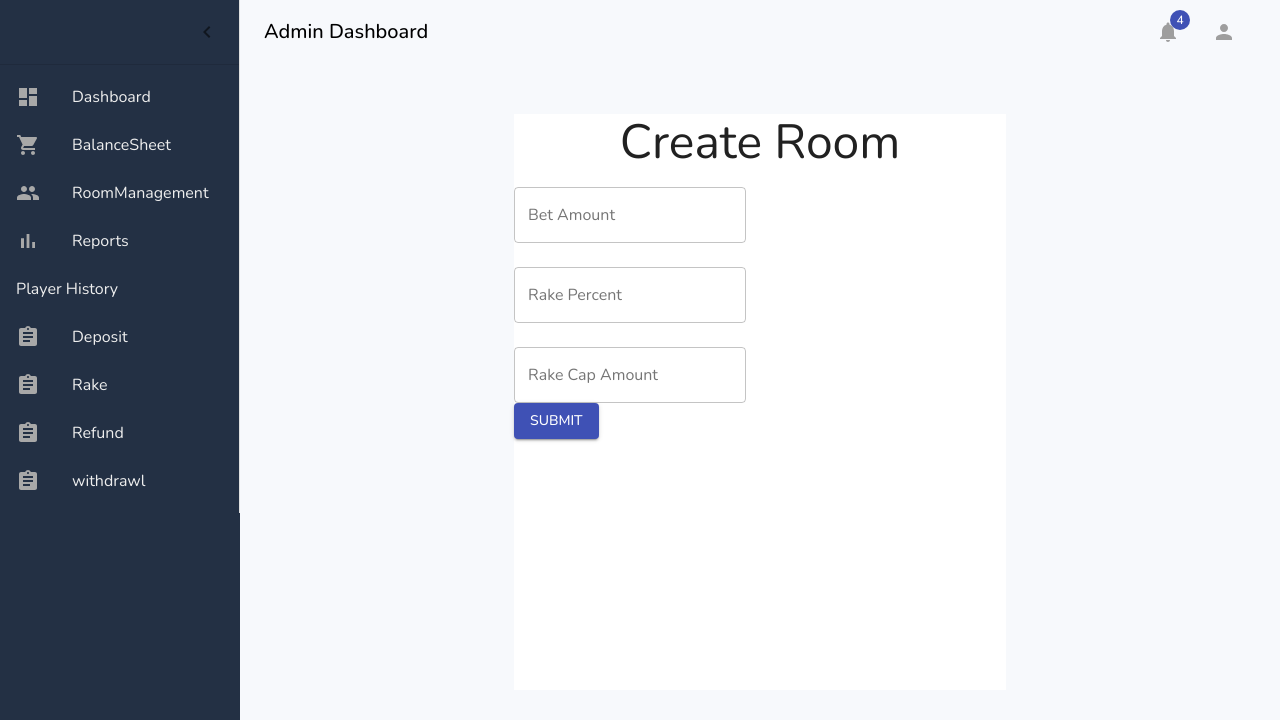
Repository: imayankbisht/ludofrontend
Page: /create
An editor plug-in stored every save of this project. The page is shown before and after a run of saves, followed by the edit.
The browser window is 1280 px wide. The pictures show the whole page.
The project was rebuilt for these pictures with package versions that can differ from the ones it lists, and the page was loaded fresh each time. Also part of the build but not shown: src/Components/Title.js, src/Components/Cards/Deposits.js, src/Components/Cards/Cashout.js, src/Components/Cards/Netbalance.js, src/Components/Cards/Rake.js, src/Components/Cards/Refund.js, src/Components/UserControl.js, src/Components/UserTable.js and 5 more.

Above is the page before, as saved 2021-01-20 13:07:56.

### src/App.js
import React from 'react';
import './App.css';
import {
  BrowserRouter as Router,
  Switch,
  Route,
 Redirect
} from "react-router-dom";
// import SignInOutContainer from './containers';
import Dashboard from './Components/Dashboard';
import Login from './Components/login';
// import RoomManagement from './Container/RoomManagement';
import UserManagement from './Components/UserManagement';
import UserForm from './Components/UserForm';
import EditForm from './Components/EditForm';
import BalanceSheet from './Components/balanceSheet';
import Routes from './routes';
import Main from './Container/Main';
 function App(props) {
  return (
    <div className="App">
  <Router >

   <Main/>
  </Router>


      </div>
  );
}


export default App;

### src/App.css
.App {
  /* text-align: center; */

}

.App-logo {
  height: 40vmin;
  pointer-events: none;
}

@media (prefers-reduced-motion: no-preference) {
  .App-logo {
    animation: App-logo-spin infinite 20s linear;
  }
}

.App-header {
  background-color: #282c34;
  min-height: 100vh;
  display: flex;
  flex-direction: column;
  align-items: center;
  justify-content: center;
  font-size: calc(10px + 2vmin);
  color: white;
}

.App-link {
  color: #61dafb;
}

@keyframes App-logo-spin {
  from {
    transform: rotate(0deg);
  }
  to {
    transform: rotate(360deg);
  }
}

### src/Components/Dashboard.js
import React from 'react';
import clsx from 'clsx';
import { makeStyles } from '@material-ui/core/styles';
import CssBaseline from '@material-ui/core/CssBaseline';
import Drawer from '@material-ui/core/Drawer';
import Box from '@material-ui/core/Box';
import AppBar from '@material-ui/core/AppBar';
import Toolbar from '@material-ui/core/Toolbar';
import List from '@material-ui/core/List';
import Typography from '@material-ui/core/Typography';
import Divider from '@material-ui/core/Divider';
import IconButton from '@material-ui/core/IconButton';
import Badge from '@material-ui/core/Badge';
import Container from '@material-ui/core/Container';
import Grid from '@material-ui/core/Grid';
import Paper from '@material-ui/core/Paper';
// import Link from '@material-ui/core/Link';
import MenuIcon from '@material-ui/icons/Menu';
import ChevronLeftIcon from '@material-ui/icons/ChevronLeft';
import NotificationsIcon from '@material-ui/icons/Notifications';
import Deposits from './Cards/Deposits';
import MenuItem from "@material-ui/core/MenuItem";
import MenuList from "@material-ui/core/MenuList";
import Hidden from "@material-ui/core/Hidden";
import Grow from "@material-ui/core/Grow";
import Poppers from "@material-ui/core/Popper";
import ClickAwayListener from "@material-ui/core/ClickAwayListener";
import Person from "@material-ui/icons/Person";
import classNames from "classnames";
import Button from "@material-ui/core/Button";
import {Link, Redirect} from 'react-router-dom';
import "typeface-nunito";
import  Cashout from './Cards/Cashout';
import Netbalance from './Cards/Netbalance';
import Rake from './Cards/Rake';
import Refund from './Cards/Refund';
import UserManagement from './UserManagement';
import routes from '../routes'
import { Switch, Route} from "react-router-dom";
import ListItem from '@material-ui/core/ListItem';
import ListItemIcon from '@material-ui/core/ListItemIcon';
import BalanceSheet from './balanceSheet';
import Sidebar from './Sidebar';
import Routes from '../routes';
import { ThemeProvider, createMuiTheme } from '@material-ui/core/styles';
const theme = createMuiTheme({

  typography: {
      fontFamily: [
        'Nunito',
        'serif',
      ].join(','),
  },
});

const drawerWidth = 240;

const useStyles = makeStyles((theme) => ({
  root: {
    display: 'flex',
  },
  toolbar: {
    paddingRight: 24, // keep right padding when drawer closed
  },
  toolbarIcon: {
    display: 'flex',
    alignItems: 'center',
    justifyContent: 'flex-end',
    padding: '0 8px',
    ...theme.mixins.toolbar,
  },
  appBar: {
    zIndex: theme.zIndex.drawer + 1,
    transition: theme.transitions.create(['width', 'margin'], {
      easing: theme.transitions.easing.sharp,
      duration: theme.transitions.duration.leavingScreen,
    }),
  },
  appBarShift: {
    marginLeft: drawerWidth,
    width: `calc(100% - ${drawerWidth}px)`,
    transition: theme.transitions.create(['width', 'margin'], {
      easing: theme.transitions.easing.sharp,
      duration: theme.transitions.duration.enteringScreen,
    }),
  },
  menuButton: {
    marginRight: 36,
  },
  menuButtonHidden: {
    display: 'none',
  },
  title: {
    flexGrow: 1,
  },
  drawerPaper: {
    position: 'relative',
    whiteSpace: 'nowrap',
    width: drawerWidth,
    transition: theme.transitions.create('width', {
      easing: theme.transitions.easing.sharp,
      duration: theme.transitions.duration.enteringScreen,
    }),
  },
  drawerPaperClose: {
    overflowX: 'hidden',
    transition: theme.transitions.create('width', {
      easing: theme.transitions.easing.sharp,
      duration: theme.transitions.duration.leavingScreen,
    }),
    width: theme.spacing(7),
    [theme.breakpoints.up('sm')]: {
      width: theme.spacing(9),
    },
  },
  appBarSpacer: theme.mixins.toolbar,
  content: {
    flexGrow: 1,
    height: '100vh',
    overflow: 'auto',
  },
  container: {
    paddingTop: theme.spacing(4),
    paddingBottom: theme.spacing(4),
  },
  paper: {
    padding: theme.spacing(2),
    display: 'flex',
    overflow: 'auto',
    flexDirection: 'column',
  },
  fixedHeight: {
    height: 240,
  },
}));

 function Dashboard(props) {
  const classes = useStyles();
  const [open, setOpen] = React.useState(true);
  const [openProfile, setOpenProfile] = React.useState(null);
  const handleClickProfile = event => {
    if (openProfile && openProfile.contains(event.target)) {
      setOpenProfile(null);
    } else {
      setOpenProfile(event.currentTarget);
    }
  };
  const handleCloseProfile = () => {
    setOpenProfile(null);
  };
  const handleDrawerOpen = () => {
    setOpen(true);
  };
  const handleDrawerClose = () => {
    setOpen(false);
  };
  const fixedHeightPaper = clsx(classes.paper, classes.fixedHeight);

  return (
    <ThemeProvider theme={theme}>
    <div className={classes.root}>
      <CssBaseline />
      <AppBar position="absolute" style={{ background: '#f7f9fc',color:'black',boxShadow: "none" }} className={clsx(classes.appBar, open && classes.appBarShift)}>
        <Toolbar className={classes.toolbar}>
          <IconButton
            edge="start"
            color="inherit"
            aria-label="open drawer"
            onClick={handleDrawerOpen}
            className={clsx(classes.menuButton, open && classes.menuButtonHidden)}
          >
            <MenuIcon />
          </IconButton>

          <Typography component="h1" variant="h6"  color="inherit" noWrap className={classes.title}>
          Admin Dashboard
          </Typography>

          <IconButton style={{ color: '#9e9e9e'}} color="inherit">
            <Badge badgeContent={4}  color="primary">
              <NotificationsIcon  />
            </Badge>
          </IconButton>
          <Button
          color={window.innerWidth > 959 ? "transparent" : "white"}
          justIcon={window.innerWidth > 959}
          simple={!(window.innerWidth > 959)}
          aria-owns={openProfile ? "profile-menu-list-grow" : null}
          aria-haspopup="true"
          onClick={handleClickProfile}
          className={classes.buttonLink}
        >
          <Person style={{ color: '#9e9e9e'}} className={classes.icons} />
          <Hidden mdUp implementation="css">
            <p className={classes.linkText}>Profile</p>
          </Hidden>
        </Button>
        <Poppers
          open={Boolean(openProfile)}
          anchorEl={openProfile}
          transition
          disablePortal
          className={
            classNames({ [classes.popperClose]: !openProfile }) +
            " " +
            classes.popperNav
          }
        >
          {({ TransitionProps, placement }) => (
            <Grow
              {...TransitionProps}
              id="profile-menu-list-grow"
              style={{
                transformOrigin:
                  placement === "bottom" ? "center top" : "center bottom"
              }}
            >
              <Paper>
                <ClickAwayListener onClickAway={handleCloseProfile}>
                  <MenuList role="menu">
                    <MenuItem
                      onClick={handleCloseProfile}
                      className={classes.dropdownItem}
                    >
                      Profile
                    </MenuItem>
                    <MenuItem
                      onClick={handleCloseProfile}
                      className={classes.dropdownItem}
                    >
                      Settings
                    </MenuItem>
                    <Divider light />
                    <Link style={{color:'black', textDecoration:'none'}} to="login">
                    <MenuItem
                      onClick={handleCloseProfile}
                      className={classes.dropdownItem}
                    >
                      Logout
                    </MenuItem>
                    </Link>
                  </MenuList>
                </ClickAwayListener>
              </Paper>
            </Grow>
          )}
        </Poppers>
        </Toolbar>
      </AppBar>
     <Box bgcolor="#233044">
     <Drawer
        variant="permanent"
        classes={{
          paper: clsx(classes.drawerPaper, !open && classes.drawerPaperClose),
        }}
        open={open}
      >
        <Box bgcolor="#233044">
        <div className={classes.toolbarIcon}>
          <IconButton onClick={handleDrawerClose}>
            <ChevronLeftIcon />
          </IconButton>
        </div>
        <Divider />
        <List><Sidebar /></List>
        </Box>
      </Drawer>
     </Box>
      <main style={{ background: '#f7f9fc'}} className={classes.content}>
        <div className={classes.appBarSpacer} />
        <Container maxWidth="lg" className={classes.container}>
          <Grid container spacing={3}>


              <Routes/>

          </Grid>


        </Container>
      </main>
    </div>
    </ThemeProvider>
  );
}
export default Dashboard;

### src/Components/UserForm.js
import React ,{useState , useEffect} from 'react';
import {apiCall} from '../services/apiCall';
import {Container, Typography ,Grid ,TextField , makeStyles ,Button} from '@material-ui/core';
import "typeface-nunito";
import { ThemeProvider, createMuiTheme } from '@material-ui/core/styles';
const theme = createMuiTheme({

  typography: {
      fontFamily: [
        'Nunito',
        'serif',
      ].join(','),
  },

});

const useStyles = makeStyles((theme)=>({
  paper: {
    marginTop: theme.spacing(8),
    display: 'flex',
    flexDirection: 'column',
    alignItems: 'center',
  },
  avatar: {
    margin: theme.spacing(1),
    backgroundColor: theme.palette.secondary.main,
  },
  form: {
    width: '100%', // Fix IE 11 issue.
    marginTop: theme.spacing(1),
  },
  submit: {
    margin: theme.spacing(3, 0, 2),
  },
  body: {
    backgroundColor: "#F7F9FC"
  },


}))


export default function UserForm(props){
    const {heading} = props;
    const [betAmount , setBetamount]=useState("");
    const [rakePercent , setRakepercent]=useState("");
    const [rakeCapAmount , setRakeCapAmount]=useState("");
    const classes = useStyles();

    const handleSubmit = (e) =>{
       e.preventDefault();
       const data ={
         bet:betAmount,
         rakePercent:rakePercent,
         rakeCap:rakeCapAmount
       }
       apiCall('post','https://ylrwt.sse.codesandbox.io/room/createroom',data);
       setRakeCapAmount("");
       setBetamount("");
       setRakepercent("");
    }
    return(
      <ThemeProvider theme={theme}>
            <Container  maxWidth="sm" className={classes.root}>
            <Typography component="div" style={{ backgroundColor: '#FFFFFF', height: '80vh' ,margin:'30px' }}>
            <Typography align="center" variant="h3" component="h2" gutterBottom>
                {heading}
            </Typography>
            <form onSubmit={handleSubmit} className={classes.form} >
                <Grid container spacing={3}>
                   <Grid item sm={4} md={12}>
                     <TextField

                        label="Bet Amount"
                        name="betAmount"
                        variant="outlined"
                        style={{}}
                        value={betAmount}
                        onChange={(e)=>{setBetamount(e.target.value)}}
                      />
                        </Grid>
                        <Grid item sm={4} md={12}>
                      <TextField
                        label="Rake Percent"
                        name="rakePercent"
                        variant="outlined"
                        value={rakePercent}
                        onChange={(e)=>{setRakepercent(e.target.value)}}
                      />
                        </Grid>
                        <Grid item sm={4} md={12}>
                      <TextField
                        label="Rake Cap Amount"
                        name="rakeCapAmount"
                        variant="outlined"
                        value={rakeCapAmount}
                        onChange={(e)=>{setRakeCapAmount(e.target.value)}}
                      />
                   </Grid>
                </Grid>
                <Button type="submit" variant="contained" color="primary">
                   Submit
                </Button>
            </form>
            </Typography>
            </Container>
            </ThemeProvider>
    )
}

### src/routes.js
import React from 'react';
import {
  BrowserRouter as Router,
  Switch,
  Route,
  Redirect
} from "react-router-dom";
// import SignInOutContainer from './containers';
import Dashboard from './Components/Dashboard';
import Login from './Components/login';
// import RoomManagement from './Container/RoomManagement';
import UserManagement from './Components/UserManagement';
import UserForm from './Components/UserForm';
import EditForm from './Components/EditForm';
import BalanceSheet from './Components/balanceSheet';
import Main from './Container/Main';
function Routes() {
  return (

    <Router >


      <Route>
      {/* <Route path="/login" render={props => <Login {...props} />} /> */}

        <Route path="/BalanceSheet" render={props => <BalanceSheet {...props} />} />

        <Route path="/roomManagement" render={props => <UserManagement {...props} />} />
        <Route path="/create" render={props => (
          <UserForm heading="Create Room" {...props} />
        )} />
        <Route exact path="/api/edit/:id" render={props => {
          return (
            <EditForm {...props} />
          )
        }} />


      </Route>


    </Router>

  );
}


export default Routes;

### src/Container/Main.js
import UserManagement from '../Components/UserManagement';
import {Switch ,Route,Redirect} from 'react-router-dom';
import UserForm from '../Components/UserForm';
import EditForm from '../Components/EditForm';
import React from 'react';
import Dashboard from '../Components/Dashboard';
import Sidebar from '../Components/Sidebar';
import Login from '../Components/login';
import Routes from '../routes';
export default function Main(props){
    return(
        <div>
            {/* <Switch>
                <Route exact path="/userman" render={props =><UserManagement {...props} />} />
                <Route exact path="/create" render={props =>(
                    <UserForm heading="Create Room" />
                )}/>
                <Route exact path="/api/edit/:id" render={props =>{
                    return(
                        <EditForm {...props}/>
                    )
                }}/>
            </Switch> */}
           {/* <Switch>

            <Route path="/login" component={Login} />
         <Route path="/Dashboard" component={Dashboard} />

            <Redirect from="/" to="/login" />
           </Switch> */}

          <Dashboard/>

        </div>
    )
}

### src/Components/Sidebar.js
import React,{useState} from 'react';
import ListItem from '@material-ui/core/ListItem';
import {SidebarItems} from './SidebarItems';
import {Link} from 'react-router-dom';
import { ListItemText } from '@material-ui/core';
import ListItemIcon from '@material-ui/core/ListItemIcon';

export default function Sidebar(defaultActive) {
    const [activeIndex, setActiveIndex] = useState(defaultActive || 1);
    return (
        <>

                {

                    SidebarItems.map((item,index)=> {
                        const {name,icon,route}=item;

                        return (
                            <Link style={{ textDecoration: 'none'}} to={route}>
                            <ListItem style={{ color: '#eeeeee'}} key={name} active={index === activeIndex} >
                                {icon && <ListItemIcon style={{ color: '#a8a8a8'}}>{icon}</ListItemIcon>}
                               <ListItemText primary={name} />
                            </ListItem>
                            </Link>
                        );
                    })
                }

        </>
    );
}

### src/services/apiCall.js
import axios from 'axios';

export function apiCall(method ,path , data){
    return new Promise((resolve ,reject)=>{
        return axios[method](path , data)
        .then(res => {
            return resolve(res.data);
        })
        .catch(err =>{
            return reject(err.response.data.error);
        });
    });
}

### src/Components/SidebarItems.js
import React from 'react';
import ListItem from '@material-ui/core/ListItem';
import ListItemIcon from '@material-ui/core/ListItemIcon';
import ListItemText from '@material-ui/core/ListItemText';
import ListSubheader from '@material-ui/core/ListSubheader';
import DashboardIcon from '@material-ui/icons/Dashboard';
import ShoppingCartIcon from '@material-ui/icons/ShoppingCart';
import PeopleIcon from '@material-ui/icons/People';
import BarChartIcon from '@material-ui/icons/BarChart';
import LayersIcon from '@material-ui/icons/Layers';
import AssignmentIcon from '@material-ui/icons/Assignment';
import Box from '@material-ui/core/Box';
import Divider from '@material-ui/core/Divider';
import "typeface-nunito";
import { ThemeProvider, createMuiTheme } from '@material-ui/core/styles';
import { Button } from '@material-ui/core';
import { Link } from 'react-router-dom';
const theme = createMuiTheme({

  typography: {
    fontFamily: [
      'Nunito',
      'serif',
    ].join(','),
  },
});
export const SidebarItems = [

  // <ThemeProvider theme={theme}>
  // <div>

  //  <ListItem button>
  //     <ListItemIcon>
  //       <DashboardIcon  style={{ color: '#a8a8a8'}}/>
  //     </ListItemIcon>
  //     <ListItemText style={{ color: '#eeeeee'}}  primary="Dashboard" />
  //   </ListItem>
  //   <ListItem button>
  //     <ListItemIcon>
  //       <ShoppingCartIcon style={{ color: '#a8a8a8'}}/>
  //     </ListItemIcon>
  //     <ListItemText style={{ color: '#eeeeee'}} primary="BalanceSheet" />
  //   </ListItem>
  //   <ListItem button>
  //     <ListItemIcon>
  //       <PeopleIcon style={{ color: '#a8a8a8'}} />
  //     </ListItemIcon>
  //     <Link style={{ textDecoration:'none'}}to="/UserManagement">

  //     <ListItemText style={{ color: '#eeeeee'}} primary="RoomManagement" />
  //     </Link>
  //   </ListItem>
  //   <ListItem button>
  //     <ListItemIcon>
  //       <BarChartIcon style={{ color: '#a8a8a8'}} />
  //     </ListItemIcon>
  //     <ListItemText style={{ color: '#eeeeee'}} primary="Reports" />
  //   </ListItem>
  //   <Divider />
  //   <ListSubheader style={{ color: '#eeeeee'}} inset>Player history</ListSubheader>
  //   <ListItem button>
  //     <ListItemIcon>
  //       <AssignmentIcon style={{ color: '#a8a8a8'}} />
  //     </ListItemIcon>
  //     <ListItemText style={{ color: '#eeeeee'}} primary="Deposit" />
  //   </ListItem>
  //   <ListItem button>
  //     <ListItemIcon>
  //       <AssignmentIcon style={{ color: '#a8a8a8'}} />
  //     </ListItemIcon>
  //     <ListItemText style={{ color: '#eeeeee'}} primary="Rake" />
  //   </ListItem>
  //   <ListItem button>
  //     <ListItemIcon>
  //       <AssignmentIcon style={{ color: '#a8a8a8'}} />
  //     </ListItemIcon>
  //     <ListItemText style={{ color: '#eeeeee'}} primary="Refund" />
  //   </ListItem>
  //   <ListItem button>
  //     <ListItemIcon>
  //       <AssignmentIcon style={{ color: '#a8a8a8'}} />
  //     </ListItemIcon>
  //     <ListItemText style={{ color: '#eeeeee'}} primary="Withdrawl" />
  //   </ListItem>


  // </div>
  // </ThemeProvider>
  {
    route:'/Dashboard',
    name: "Dashboard",
    icon:<DashboardIcon/>
  },
  {
    route:'/BalanceSheet',
    name: "BalanceSheet",
    icon:<ShoppingCartIcon/>
  },
  {
    route:'/roomManagement',
    name: "RoomManagement",
    icon:<PeopleIcon/>
  },
  {

    name: "Reports",
    icon:<BarChartIcon/>
  },
  {
    name: "Player History"
  },
  {
    name: "Deposit",
    icon:<AssignmentIcon/>
  },
  {
    name: "Rake",
    icon:<AssignmentIcon/>
  },
  {
    name: "Refund",
    icon:<AssignmentIcon/>
  },
  {
    name: "withdrawl",
    icon:<AssignmentIcon/>
  },

];

Loaded but not shown: public/index.html (common file); src/index.js (common file); src/index.css (common file); src/serviceWorker.js (common file)

After the next 4 saves:
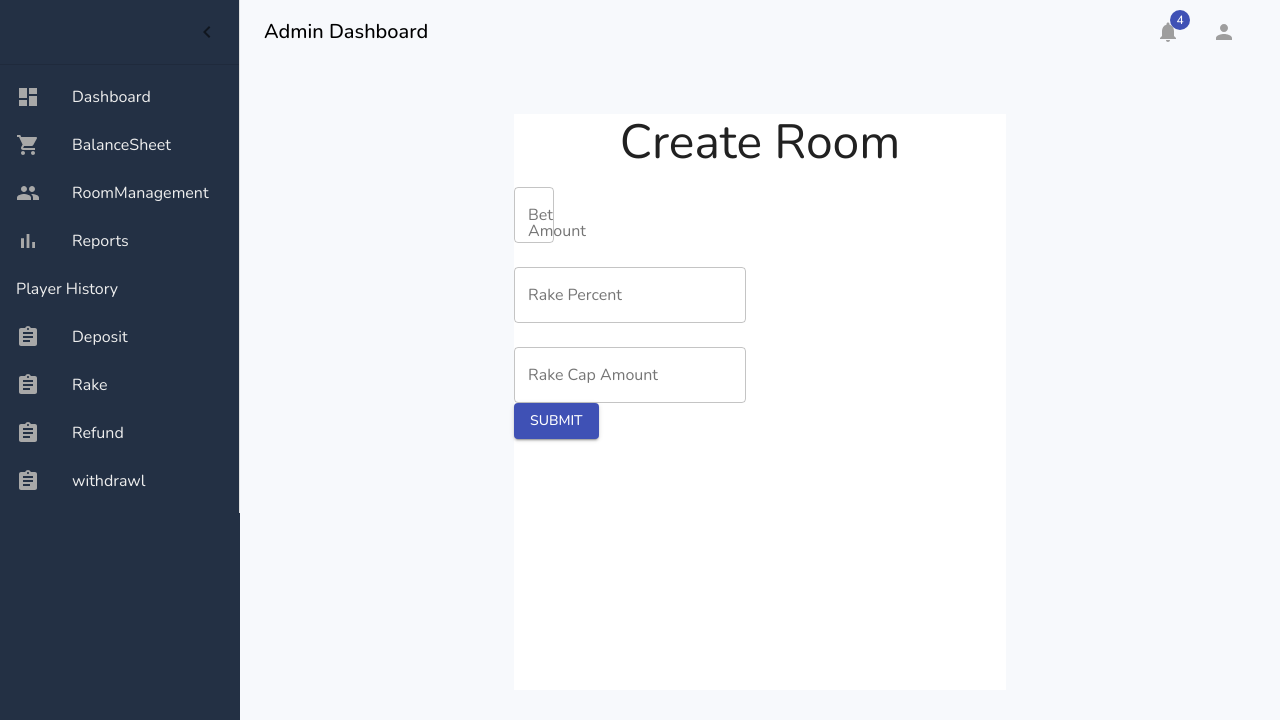
The 4 saves are shown as one change because they came seconds apart.
The last was saved 12 s later.
--- a/src/Components/UserForm.js
+++ b/src/Components/UserForm.js
@@ -74,7 +74,7 @@ export default function UserForm(props){
                         label="Bet Amount"
                         name="betAmount"
                         variant="outlined"
-                        style={{}}
+                        style={{width:'40px'}}
                         value={betAmount}
                         onChange={(e)=>{setBetamount(e.target.value)}}
                       />
